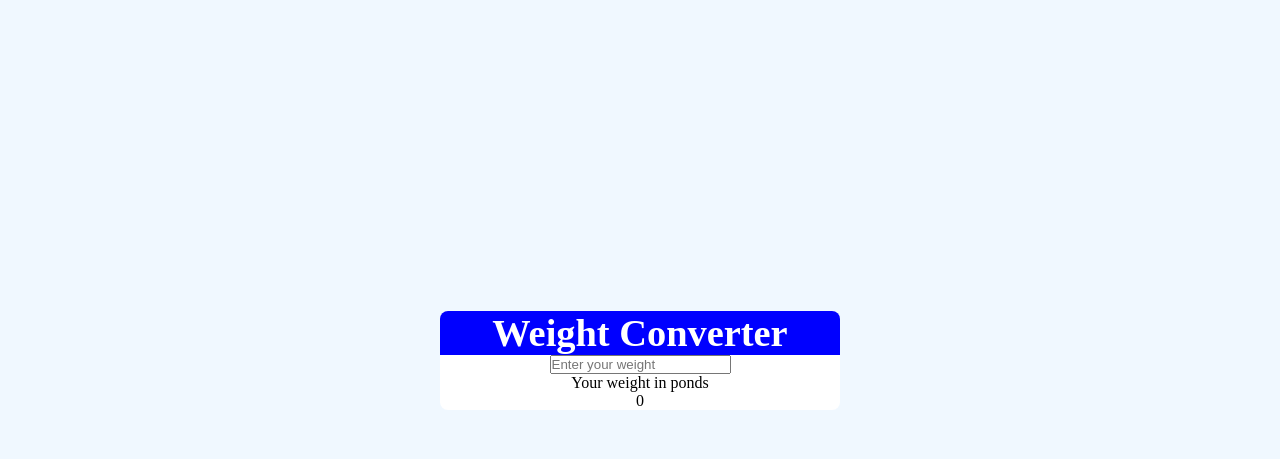
Repository: JunaidAnsari202/Weight-Converter
Page: index.html
An editor plug-in stored every save of this project. The page is shown before and after a run of saves, followed by the edit.
The browser window is 1280 px wide. The pictures show the whole page.

Above is the page before, as saved 2024-10-16 10:05:54.

After the next 7 saves:
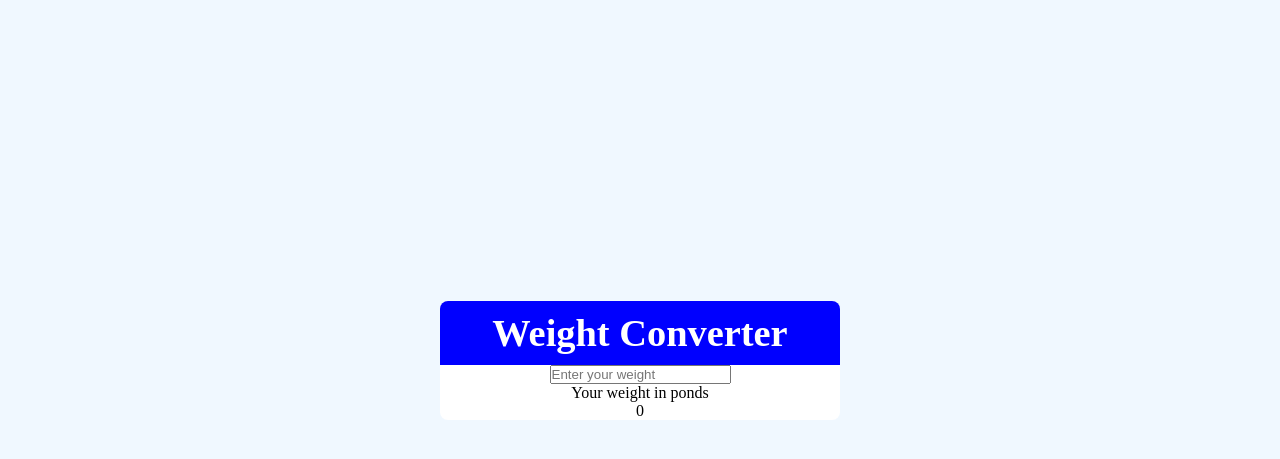
The 7 saves are shown as one change because they came seconds apart.
The last was saved 17 s later.
--- a/style.css
+++ b/style.css
@@ -23,4 +23,6 @@
     border-radius: 8px 8px 0 0;
     color: white;
     font-size: 1.2rem;
+    padding: 10px;
+    margin-bottom: ;
 }
